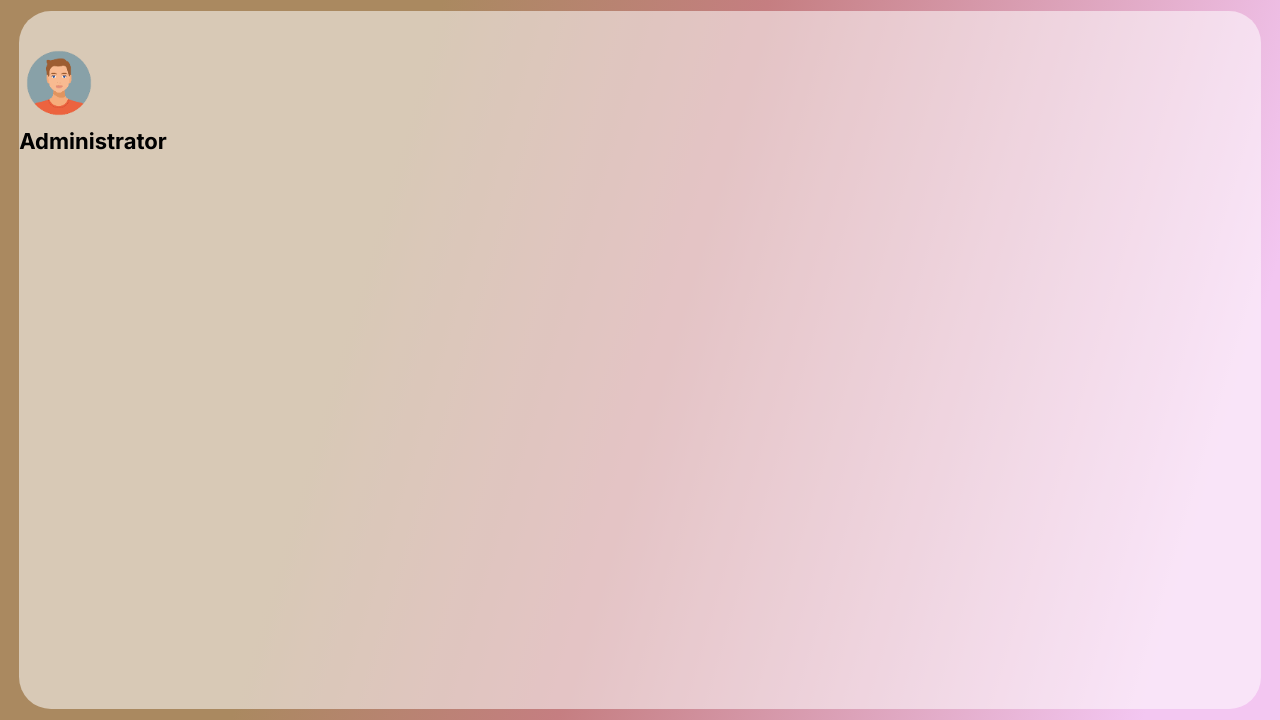
Repository: Zeeohn/react-admin-dash1
Page: /
The author's editor kept a copy of each file at every save. The page is drawn from the files as they stood at one save, then again after the next save.
The browser window is 1280 px wide. The pictures show the whole page.
The project was rebuilt for these pictures with package versions that can differ from the ones it lists, and the page was loaded fresh each time.

Above is the page before, as saved 2022-05-20 11:53:50.

After the next save:
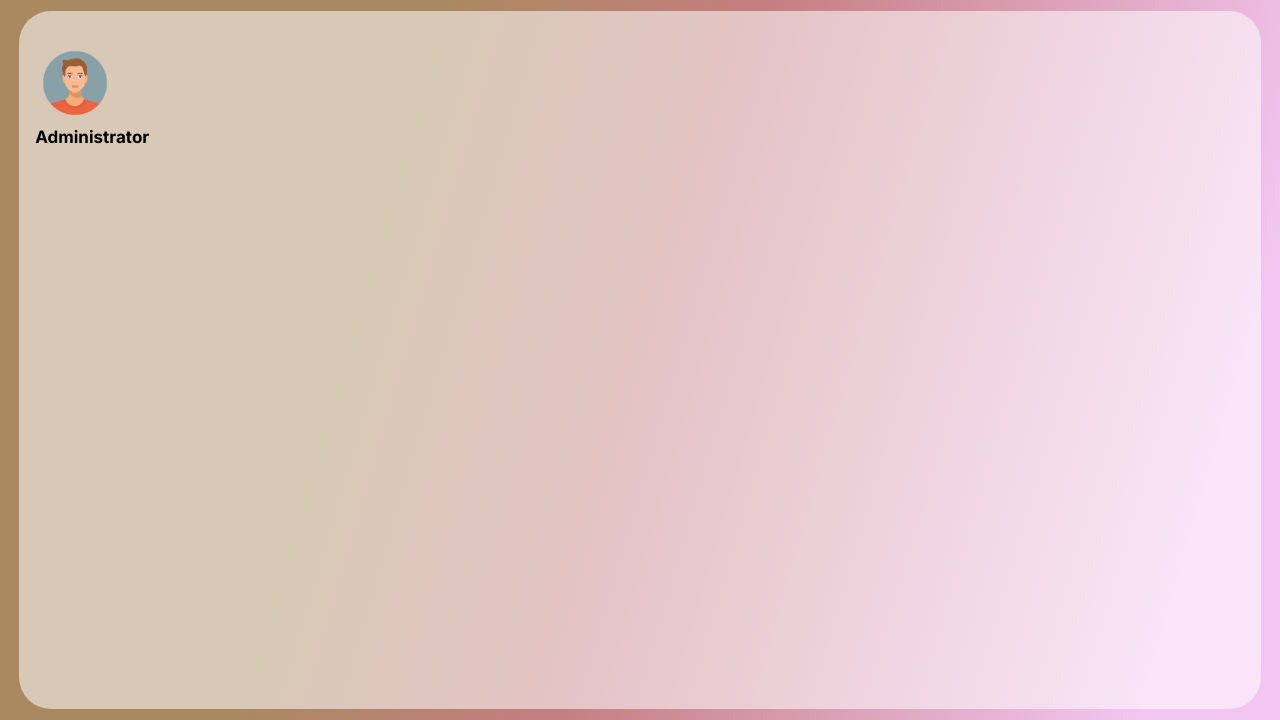
Saved 45 s later.
--- a/src/components/sidebar/Sidebar.css
+++ b/src/components/sidebar/Sidebar.css
@@ -3,6 +3,7 @@
   flex-direction: column;
   position: relative;
   padding-top: 2rem;
+  padding-left: 1rem;
   transition: all 300ms ease;
 }
 
@@ -10,7 +11,7 @@
   display: block;
   height: 5rem;
   font-weight: bold;
-  font-size: 22px;
+  font-size: 17px;
   gap: 1rem;
   align-items: center;
   justify-content: center;
